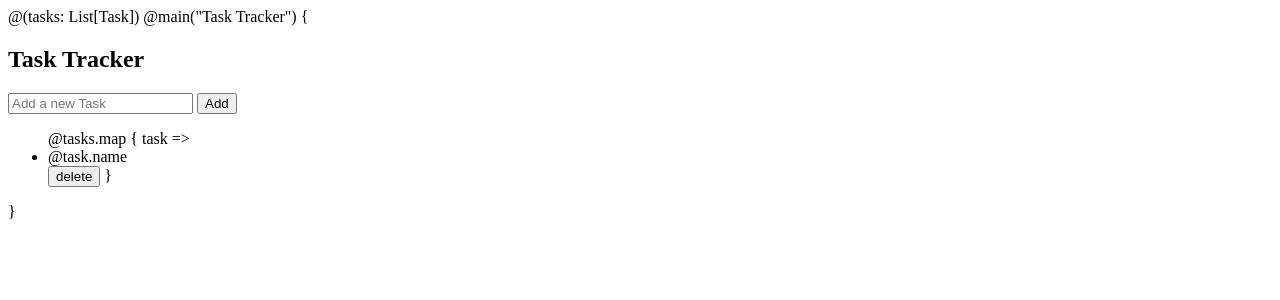
Repository: JohnSchoolProjects/LearningPlay
Page: Samples/Chapter1/SampleApp/just-play-scala/app/views/index.scala.html
An editor plug-in stored every save of this project. The page is shown before and after the next save, followed by the edit.
The browser window is 1280 px wide. The pictures show the whole page.

Above is the page before, as saved 2016-04-30 20:12:14.

### Samples/Chapter1/SampleApp/just-play-scala/app/views/index.scala.html
@(tasks: List[Task])

@main("Task Tracker") {

	<h2>Task Tracker</h2>

	<div>
		<form action = "@routes.TaskController.newTask()" method = "post">
			<input type="text" name="taskName" placeholder = "Add a new Task" required>
			<input type="submit" value="Add">
		</form>

		<div>
			<ul>
				@tasks.map { task =>
					<li>
						@task.name
					</li>
					<input type="button" value="delete" action="@routes.TaskController.deleteTask(task.id)"/>
				}
			</ul>
		</div>

	</div>
}

After the next save:
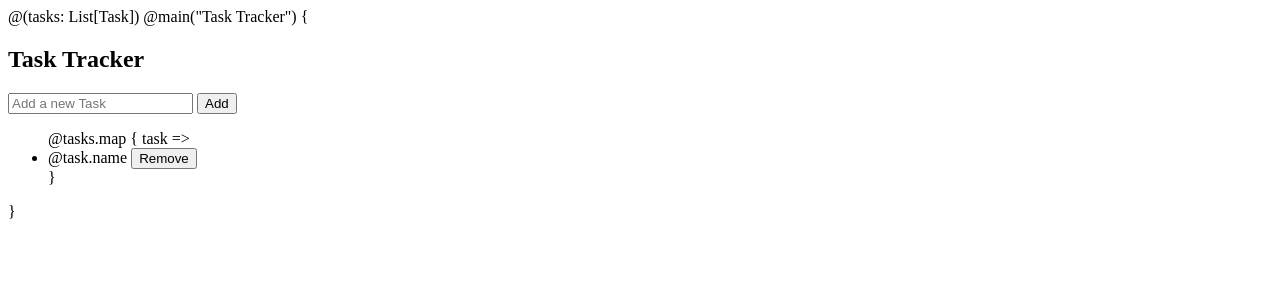
Console error (its wording comes from the project's code and is left out).
Saved 2 min 19 s later.
--- a/Samples/Chapter1/SampleApp/just-play-scala/app/views/index.scala.html
+++ b/Samples/Chapter1/SampleApp/just-play-scala/app/views/index.scala.html
@@ -14,9 +14,9 @@
 			<ul>
 				@tasks.map { task =>
 					<li>
-						@task.name
+						@task.name <button onclick="deleteTask ( @task.id);">Remove</button>
 					</li>
-					<input type="button" value="delete" action="@routes.TaskController.deleteTask(task.id)"/>
+
 				}
 			</ul>
 		</div>
